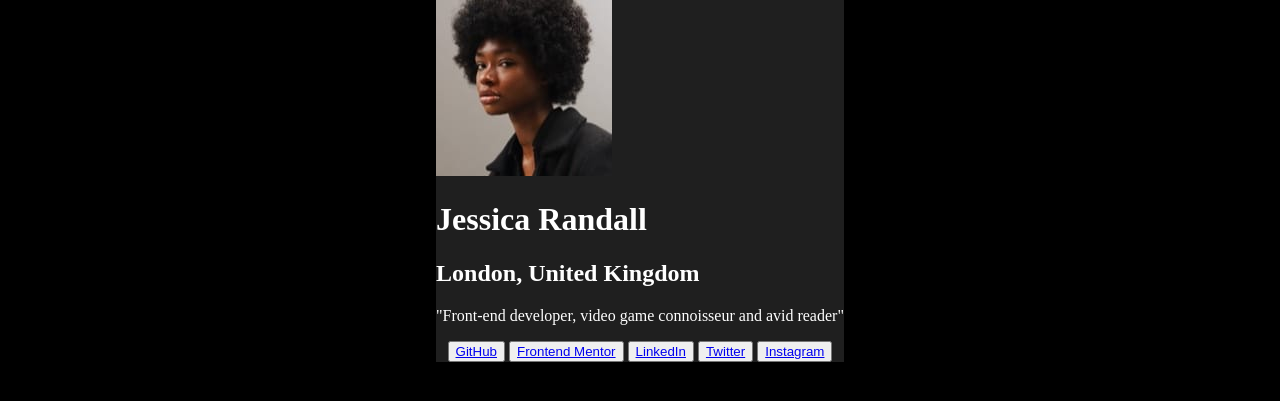
Repository: brandontaylor1/social-links-profile
Page: index.html
An editor plug-in stored every save of this project. The page is shown before and after a run of saves, followed by the edit.
The browser window is 1280 px wide. The pictures show the whole page.

Above is the page before, as saved 2024-12-25 17:04:26.

After the next 3 saves:
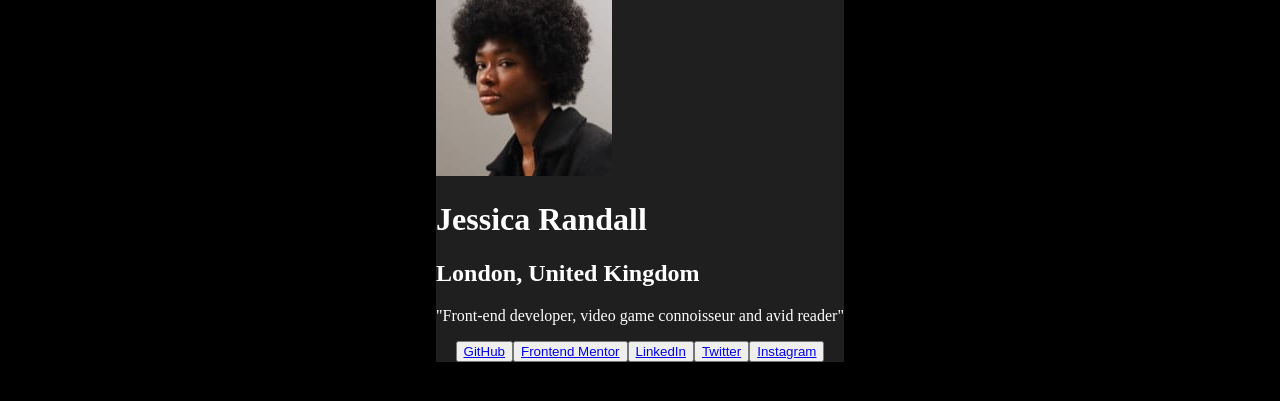
The 3 saves are shown as one change because they came seconds apart.
The last was saved 18 s later.
--- a/styles.css
+++ b/styles.css
@@ -29,3 +29,10 @@ body {
     justify-content: center;
     align-items: center;
 }
+
+
+.social-link-button-container {
+    display: flex;
+    justify-content: center;
+    align-items: center;
+}
